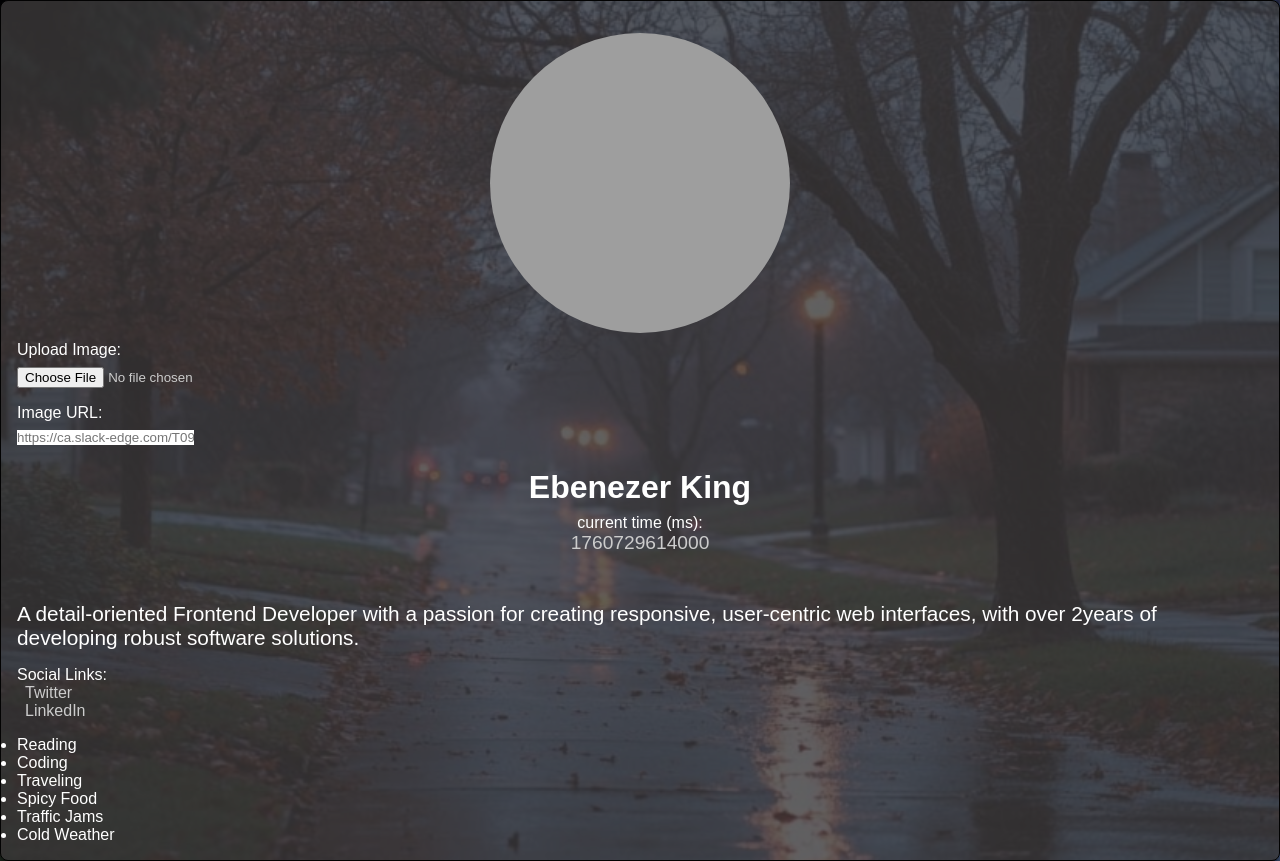
Repository: ebenezertiewei/profileCard
Page: index.html
An editor plug-in stored every save of this project. The page is shown before and after a run of saves, followed by the edit.
The browser window is 1280 px wide. The pictures show the whole page.
Pictures or frames that could not be fetched are drawn as grey boxes.

Above is the page before, as saved 2025-10-18 00:42:30.

### index.html
<!DOCTYPE html>
<html lang="en">
	<head>
		<meta charset="UTF-8" />
		<meta name="viewport" content="width=device-width, initial-scale=1.0" />
		<title>Profile Card</title>
		<link rel="stylesheet" href="style.css" />
	</head>
	<body>
		<!--------------------------------- PROFILE CARD CONTAINER ---------------------------->
		<article data-testid="test-profile-card">
			<!---------------------------------- PROFILE HEADER ---------------------------->
			<section id="profileHeader">
				<figure>
					<img
						src="https://ca.slack-edge.com/T09AMR8A9C3-U09L73CQQ2K-7e805defcf15-512"
						alt="Profile Avatar"
						data-testid="test-user-avatar"
						id="profileAvatar"
					/>
					<!-- <figcaption>Ebenezer King</figcaption> -->
				</figure>
				<section class="imageUploadMethods">
					<!-- image upload -->
					<label for="avatarUpload">Upload Image:</label>
					<input type="file" id="avatarUpload" accept="image/*" />
					<!-- image url -->
					<label for="avatarUrl">Image URL:</label>
					<input
						type="url"
						id="avatarUrl"
						placeholder="https://ca.slack-edge.com/T09AMR8A9C3-U09L73CQQ2K-7e805defcf15-512"
					/>
				</section>
				<h2 data-testid="test-user-name">Ebenezer King</h2>
				<!----------- current time----------->
				<span data-testid="test-user-time-container">
					current time (ms):
					<p data-testid="test-user-time"></p>
				</span>
			</section>
			<!---------------------------------- PROFILE DETAILS ---------------------------->
			<section id="profileDetails">
				<p data-testid="test-user-bio">
					A detail-oriented Frontend Developer with a passion for creating
					responsive, user-centric web interfaces, with over 2years of
					developing robust software solutions.
				</p>
				<!--------------------- social links ------------->
				<span data-testid="test-user-social-links-container">
					Social Links:
					<nav data-testid="test-user-social-links">
						<ul>
							<li>
								<a
									href="https://x.com/txch_king?s=11&t=o3w1r65yzU2hxbP-LDD1ug"
									target="_blank"
									rel="noopener noreferrer"
									data-testid="test-user-social-twitter"
								>
									Twitter
								</a>
							</li>
							<li>
								<a
									href="https://www.linkedin.com/in/ebenezer-t-093b21320/"
									target="_blank"
									rel="noopener noreferrer"
									data-testid="test-user-social-linkedin"
								>
									LinkedIn
								</a>
							</li>
						</ul>
					</nav>
				</span>
				<!--------------------- hobbies ------------->
				<section data-testid="test-user-hobbies">
					<h2></h2>
					<ul>
						<li>Reading</li>
						<li>Coding</li>
						<li>Traveling</li>
					</ul>
				</section>
				<!--------------------- dislikes ------------->
				<section data-testid="test-user-dislikes">
					<ul>
						<li>Spicy Food</li>
						<li>Traffic Jams</li>
						<li>Cold Weather</li>
					</ul>
				</section>
			</section>
		</article>

		<!-- javascript link -->
		<script src="script.js"></script>
	</body>
</html>

### style.css
/* ---------------------------------------------------------------- */
/*--------------- Project body general style ---------------*/
html {
	width: 100dvw;
	font-family: Arial, sans-serif;
	font-size: 1rem;
	font-weight: 400;
}
body {
	background-color: #605a5a;
	background-image: url("./assets/states.jpg");
	background-size: cover;
	background-position: center;
	background-repeat: no-repeat;
	/* height: 100%; */
	width: 100%;
}
* {
	padding: 0;
	margin: 0;
	border: 0;
	box-sizing: border-box;
}

/*--------------------------MOBILE WORKFLOW---------------------*/
/*--------------profile card container -------------------*/
article[data-testid="test-profile-card"] {
	/* height: 100%; */
	width: 100%;
	padding: 1rem;
	background-color: rgba(61, 58, 58, 0.8);
	color: rgb(255, 255, 255);
	display: flex;
	flex-direction: column;
	align-items: center;
	border: 1px solid #020202;
	border-radius: 8px;
	box-shadow: 0 2px 4px rgba(0, 0, 0, 0.1);
}

/*-------------  PROFILE HEADER  -------------*/
#profileHeader {
	width: 100%;
	display: flex;
	flex-direction: column;
	padding: 1rem 0;
	/* background-color: orange; */
}
#profileHeader figure {
	display: flex;
	flex-direction: column;
	align-items: center;
	margin-bottom: 0.5rem;
}
/*------------- profile header image -------------*/
#profileHeader img {
	border-radius: 50%;
	width: 300px;
	height: 300px;
	object-fit: cover;
}
/* -------------imageUploadMethods------------ */
.imageUploadMethods {
	display: flex;
	flex-direction: column;
	align-items: start;
}

.imageUploadMethods label {
	margin-bottom: 0.5rem;
}
.imageUploadMethods input {
	margin-bottom: 1rem;
}
#avatarUpload {
	color: #ccc;
}
#avatarUrl {
	color: #ccc;
}
/*--------------profile name --------------*/
#profileHeader h2 {
	display: flex;
	justify-content: center;
	margin: 0.5rem 0;
	font-size: 2rem;
	font-weight: 600;
}
/*-------------- current time --------------*/
#profileHeader span[data-testid="test-user-time-container"] {
	display: flex;
	flex-direction: column;
	justify-content: center;
	align-items: center;
	/* margin: 0.3rem 0; */
	margin-bottom: 1rem;
}
#profileHeader p[data-testid="test-user-time"] {
	/* display: flex;
	justify-content: center; */
	/* margin: 0.3rem 0; */
	margin-bottom: 1rem;
	font-size: 1.2rem;
	color: #ccc;
}
/*--------------  PROFILE DETAILS  --------------*/
#profileDetails p[data-testid="test-user-bio"] {
	/* text-align: center; */
	font-size: 1.3rem;
	margin-bottom: 1rem;
}
/* ------------------ social links --------------- */
#profileDetails nav[data-testid="test-user-social-links"] {
	display: flex;
	flex-direction: column;
	justify-content: center;
	margin-bottom: 1rem;
	/* background-color: red; */
}
#profileDetails nav[data-testid="test-user-social-links"] ul {
	list-style: none;
}
#profileDetails nav[data-testid="test-user-social-links"] li {
	margin: 0 0.5rem;
}
#profileDetails nav[data-testid="test-user-social-links"] a {
	color: #ccc;
	text-decoration: none;
}
#profileDetails nav[data-testid="test-user-social-links"] a:hover {
	text-decoration: underline;
}

### script.js
// --------------------------------------------------------------------------
// ------------------- current time in milliseconds ----------
window.addEventListener("DOMContentLoaded", () => {
	const timeElement = document.querySelector('[data-testid="test-user-time"]');

	function updateTime() {
		const currentTime = Date.now();
		timeElement.textContent = currentTime;
	}

	updateTime();
	setInterval(updateTime, 1000);
});

// --------------------------------------------------------------------------
// ------------------- avatar image upload and image url upload ----------
window.addEventListener("DOMContentLoaded", () => {
	const avatarImg = document.getElementById("profileAvatar");
	const avatarImgUpload = document.getElementById("avatarUpload");
	const urlImgUpload = document.getElementById("avatarUrl");

	// Update avatar when a file is uploaded
	avatarImgUpload.addEventListener("change", (event) => {
		const file = event.target.files[0];
		if (file) {
			const imageUrl = URL.createObjectURL(file);
			avatarImg.src = imageUrl;

			// optional: revoke URL later to free memory
			avatarImg.onload = () => URL.revokeObjectURL(imageUrl);
		}
	});

	// Update avatar when a URL is entered
	urlImgUpload.addEventListener("input", () => {
		const url = urlImgUpload.value.trim();
		if (url) {
			avatarImg.src = url;
		}
	});
});

After the next 2 saves:
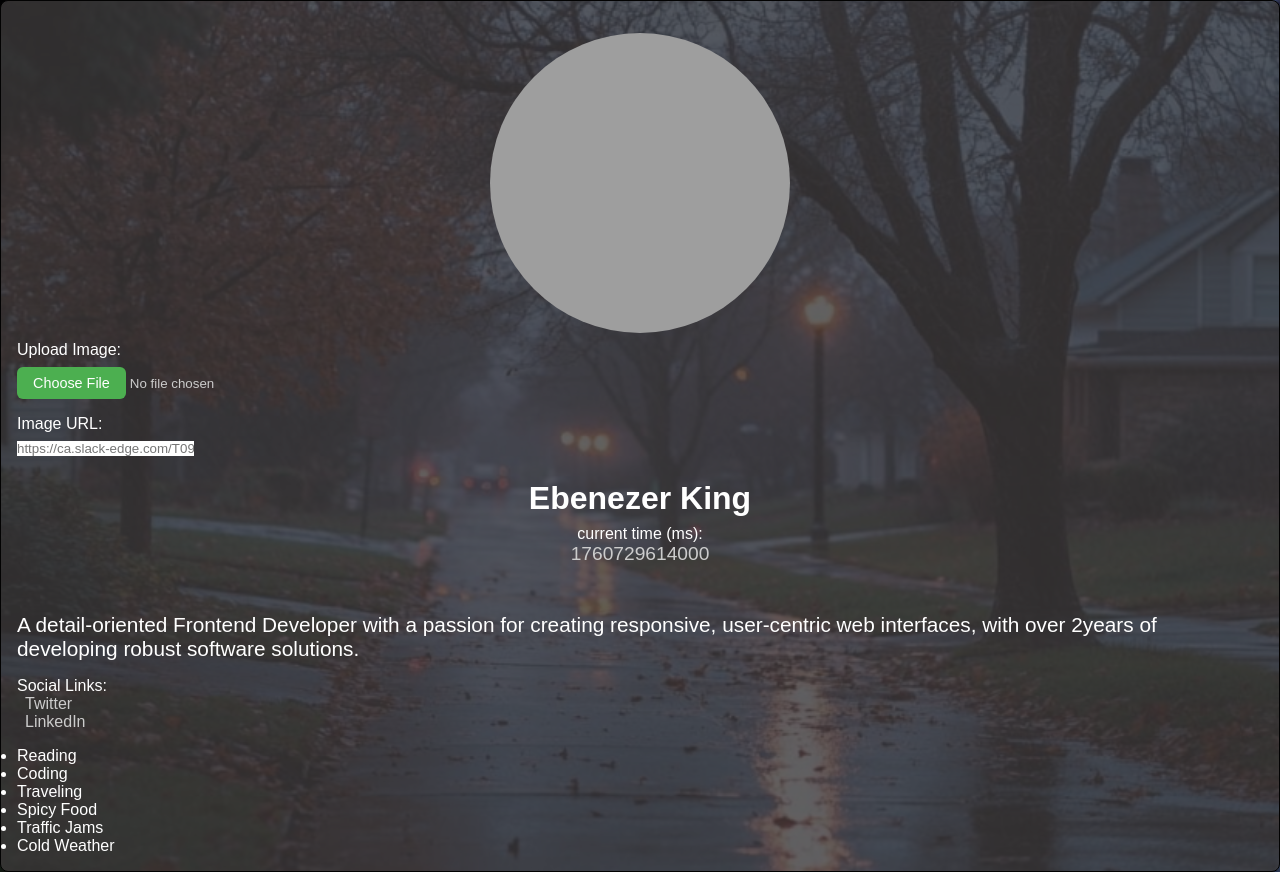
The 2 saves are shown as one change because they came seconds apart.
The last was saved 99 s later.
--- a/style.css
+++ b/style.css
@@ -72,6 +72,20 @@ article[data-testid="test-profile-card"] {
 .imageUploadMethods input {
 	margin-bottom: 1rem;
 }
+#avatarUpload::file-selector-button {
+	background-color: #4caf50;
+	color: white;
+	padding: 0.5rem 1rem;
+	border: none;
+	border-radius: 6px;
+	cursor: pointer;
+	font-size: 0.9rem;
+	transition: background 0.3s;
+}
+
+#avatarUpload::file-selector-button:hover {
+	background-color: #45a049;
+}
 #avatarUpload {
 	color: #ccc;
 }
